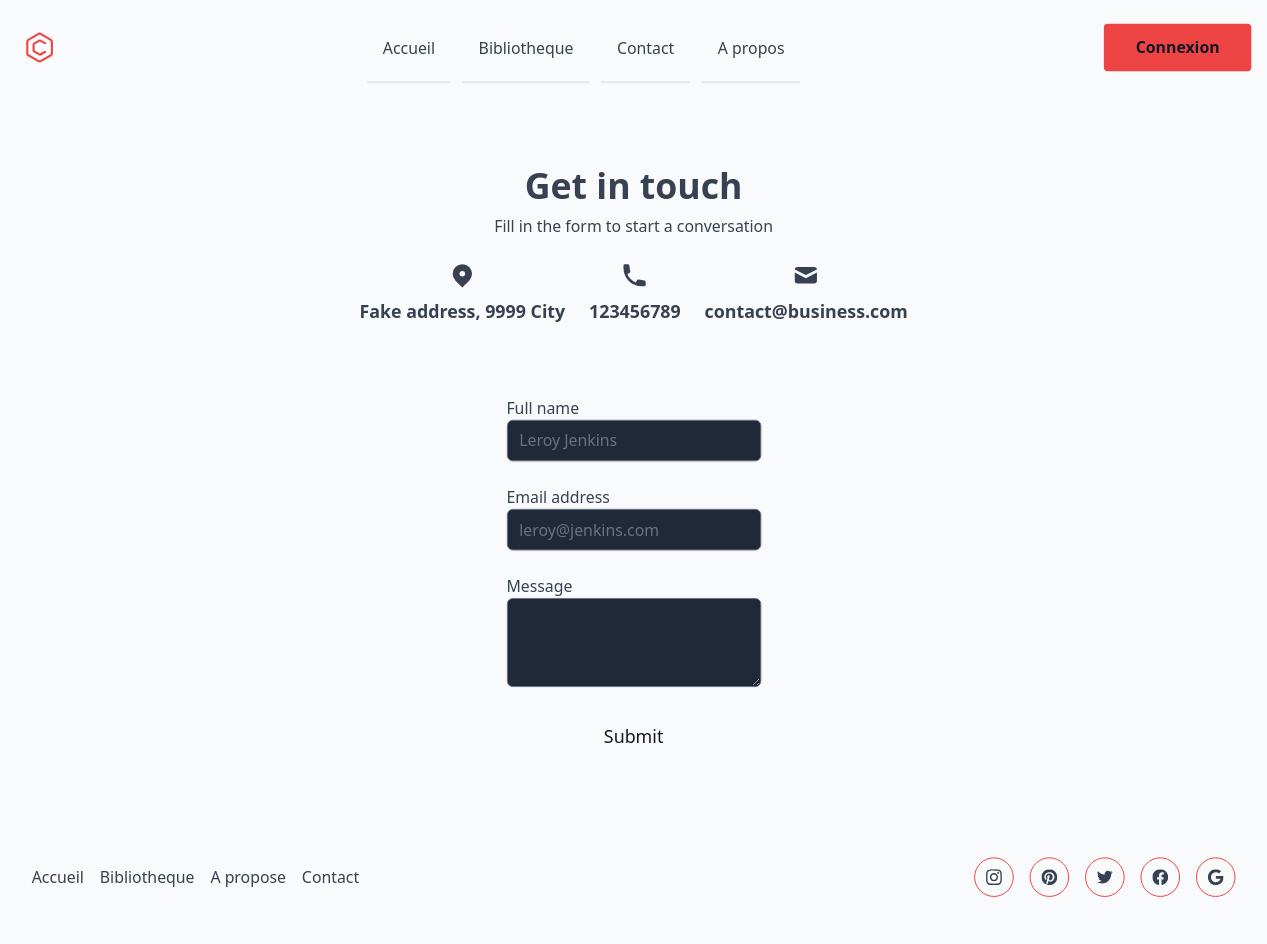
Repository: erulabs243/museum
Page: /contact
These files come from the project's save history. The page is drawn as it stood at one moment and after the next save; the edit follows.
The browser window is 1280 px wide. The pictures show the whole page, at 99% of full size.
The project was rebuilt for these pictures with package versions that can differ from the ones it lists, and the page was loaded fresh each time. Also part of the build but not shown: vite.config.js, src/pages/admin/Home.jsx, src/pages/commons/NotFound.jsx, src/components/atoms/TagBadge.jsx, src/components/atoms/MyAudioPlayer.jsx, src/components/atoms/MyVideoPlayer.jsx, src/components/atoms/MediaCard.jsx, src/components/sections/Testimonial.jsx and 16 more.

Above is the page before, as saved 2022-08-10 13:20:32.

After the next save:
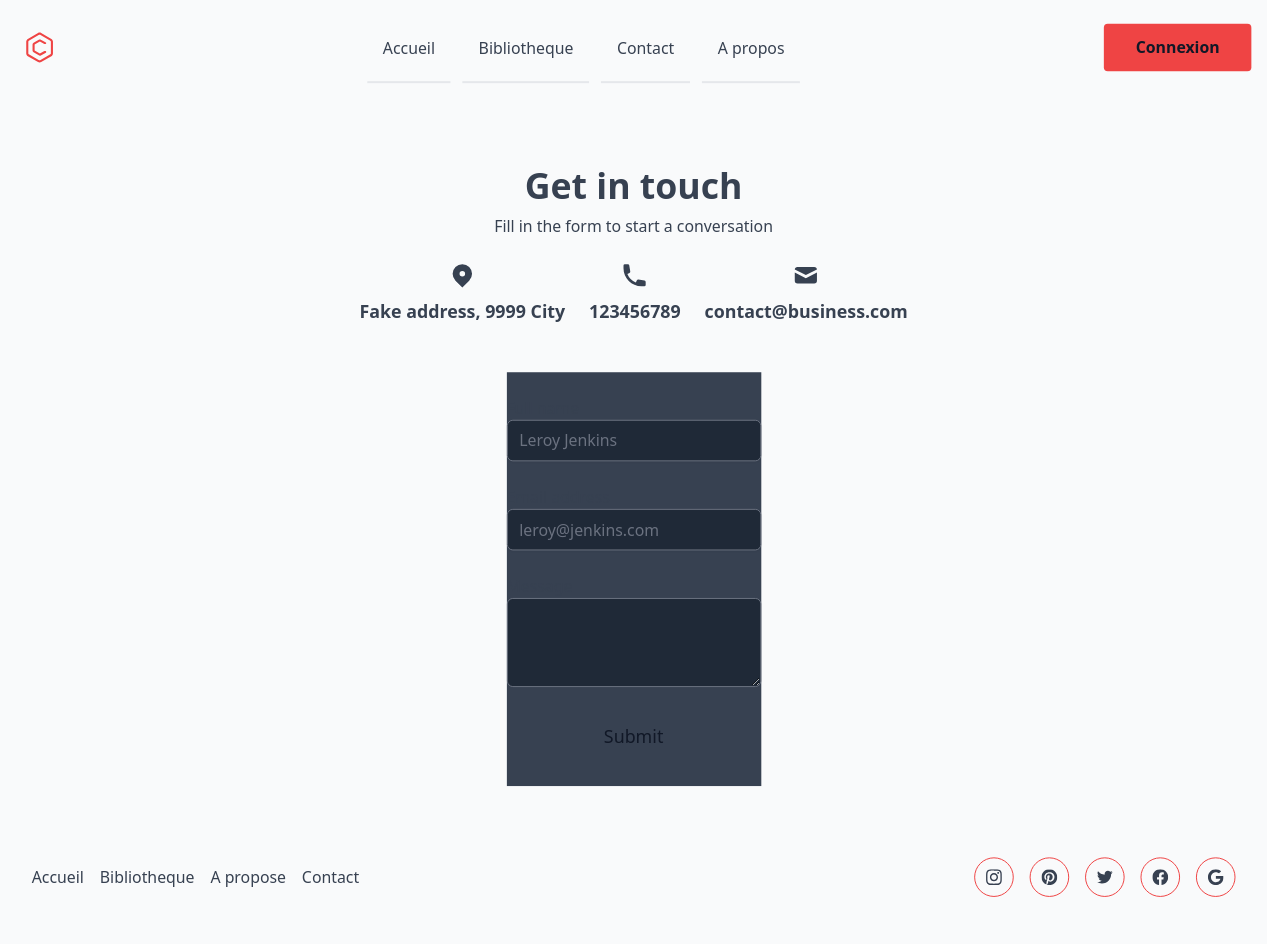
Saved 10 s later.
--- a/src/pages/user/Contact.jsx
+++ b/src/pages/user/Contact.jsx
@@ -54,7 +54,7 @@ const Contact = () => {
                     </div>
                     <form
                         noValidate=""
-                        className="flex flex-col w-2/3 py-6 space-y-6 md:py-0 md:px-6 ng-untouched ng-pristine ng-valid">
+                        className="flex flex-col w-2/3 py-6 space-y-6 md:py-0 md:px-6 ng-untouched ng-pristine ng-valid bg-gray-700">
                         <label className="block">
                             <span className="mb-1">Full name</span>
                             <input
